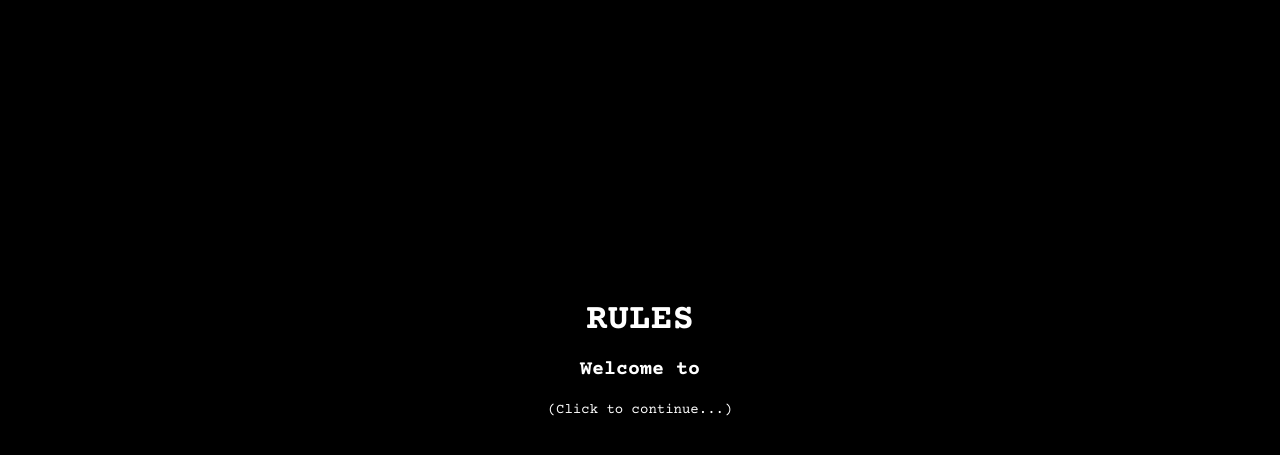
Repository: Jeysmeister/sensoryminds-bingo
Page: /
The author's editor kept a copy of each file at every save. The page is drawn from the files as they stood at one save, then again after the next save.
The browser window is 1280 px wide. The pictures show the whole page.
The project was rebuilt for these pictures with package versions that can differ from the ones it lists, and the page was loaded fresh each time. The framework's server and built-in components were replaced by stand-ins that run in the browser. Also part of the build but not shown: next.config.ts.

Above is the page before, as saved 2024-11-12 18:01:22.

After the next save:
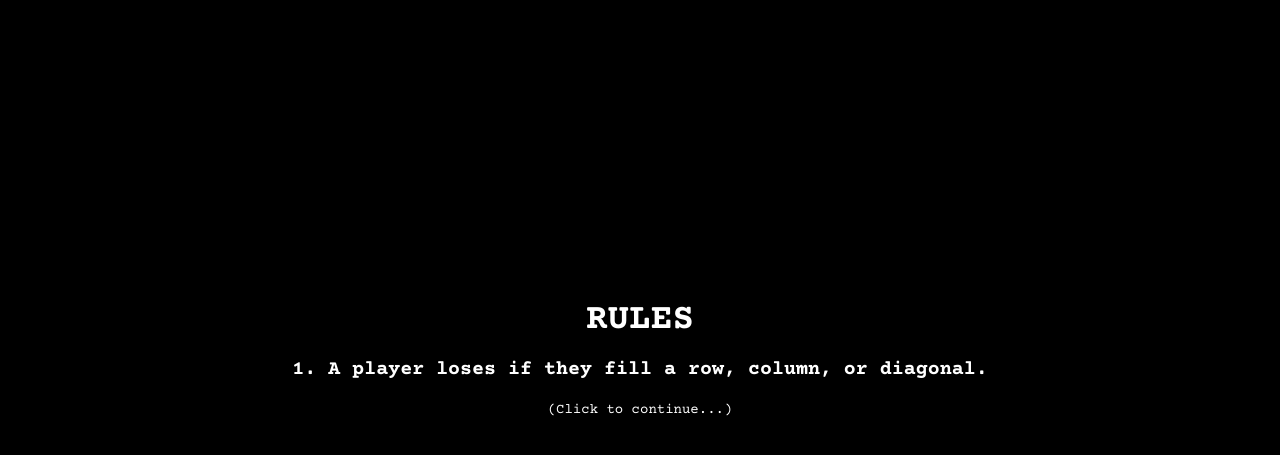
Saved 50 s later.
--- a/app/page.tsx
+++ b/app/page.tsx
@@ -19,7 +19,7 @@ export default function Home() {
       <div className="cursor-pointer">
         <div className="w-screen h-screen flex justify-center items-center text-white bg-black flex-col gap-4">
           <div className="text-4xl font-bold">RULES</div>
-          <div className="text-xl font-bold">Welcome to</div>
+          <div className="text-xl font-bold">1. A player loses if they fill a row, column, or diagonal.</div>
           <div className="text-sm">(Click to continue...)</div>
         </div>
       </div>
